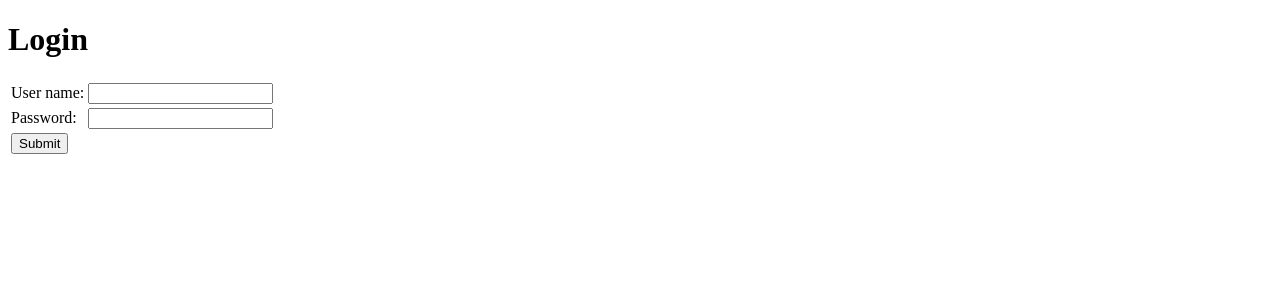
Repository: tranquangtien025/java-servlet-learning
Page: http://localhost/Login/Login
These files come from the project's save history. The page is drawn as it stood at one moment and after the next save; the edit follows.
The browser window is 1280 px wide. The pictures show the whole page.
The page is served by Tomcat 9.

Above is the page before, as saved 2020-11-08 05:48:14.

After the next save:
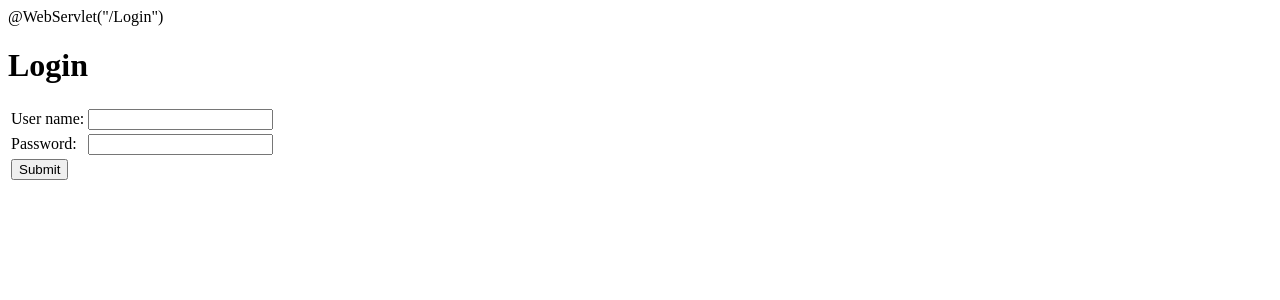
Saved 31 min 34 s later.
--- a/Login/WebContent/WEB-INF/jsp/Login.jsp
+++ b/Login/WebContent/WEB-INF/jsp/Login.jsp
@@ -1,5 +1,6 @@
 <%@ page language="java" contentType="text/html; charset=UTF-8"
     pageEncoding="UTF-8"%>
+@WebServlet("/Login")
 <!DOCTYPE html>
 <html>
 <head>
